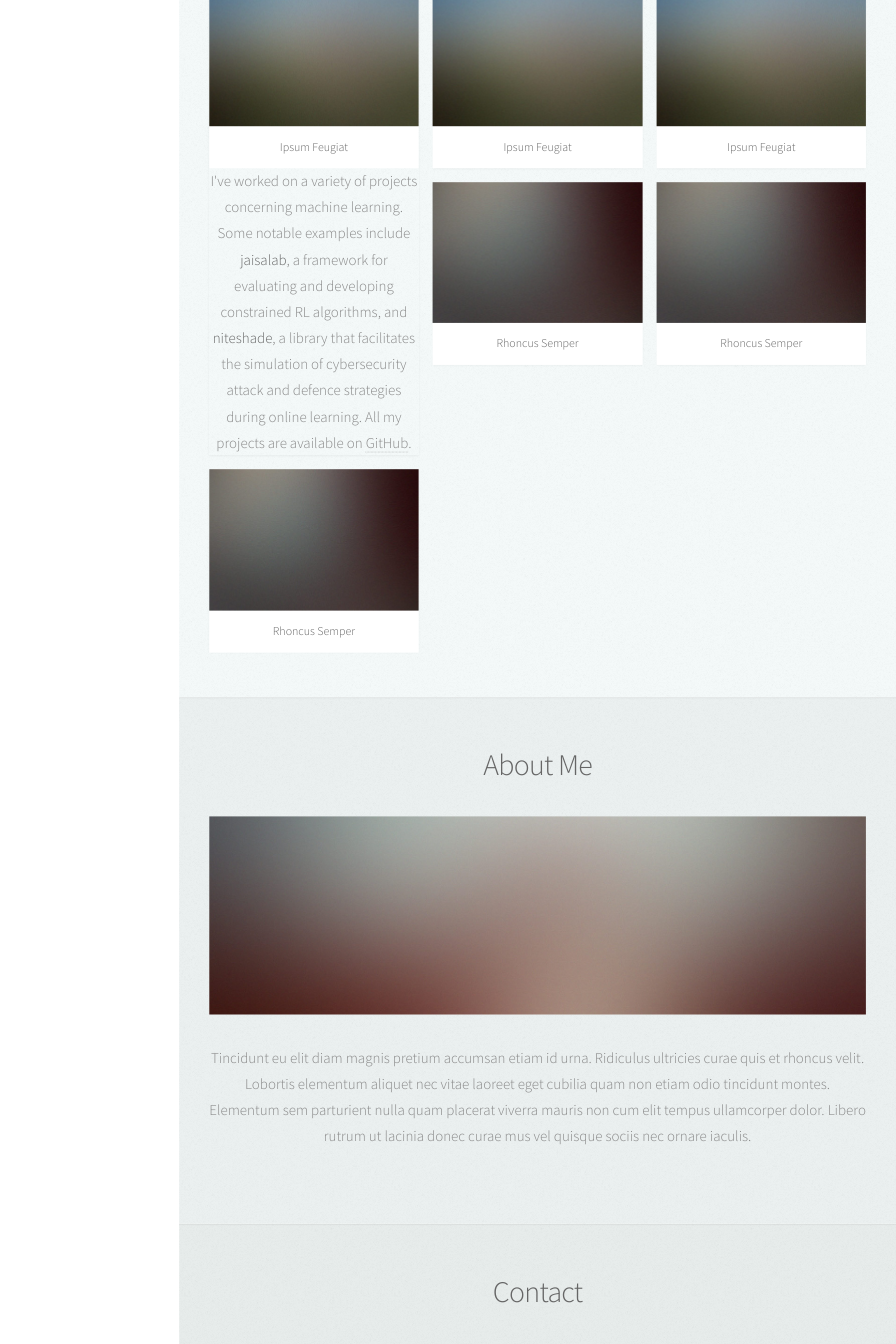
Repository: jaimesabalimperial/jaimesabalimperial.github.io
Page: index.html
An editor plug-in stored every save of this project. The page is shown before and after the next save, followed by the edit.
The browser window is 1280 px wide. The pictures show the part of the page from y = 936 to 2856 px (the page is 3699 px tall before and 3325 px after), at 70% of full size.

Above is the page before, as saved 2022-10-04 13:55:55.

After the next save:
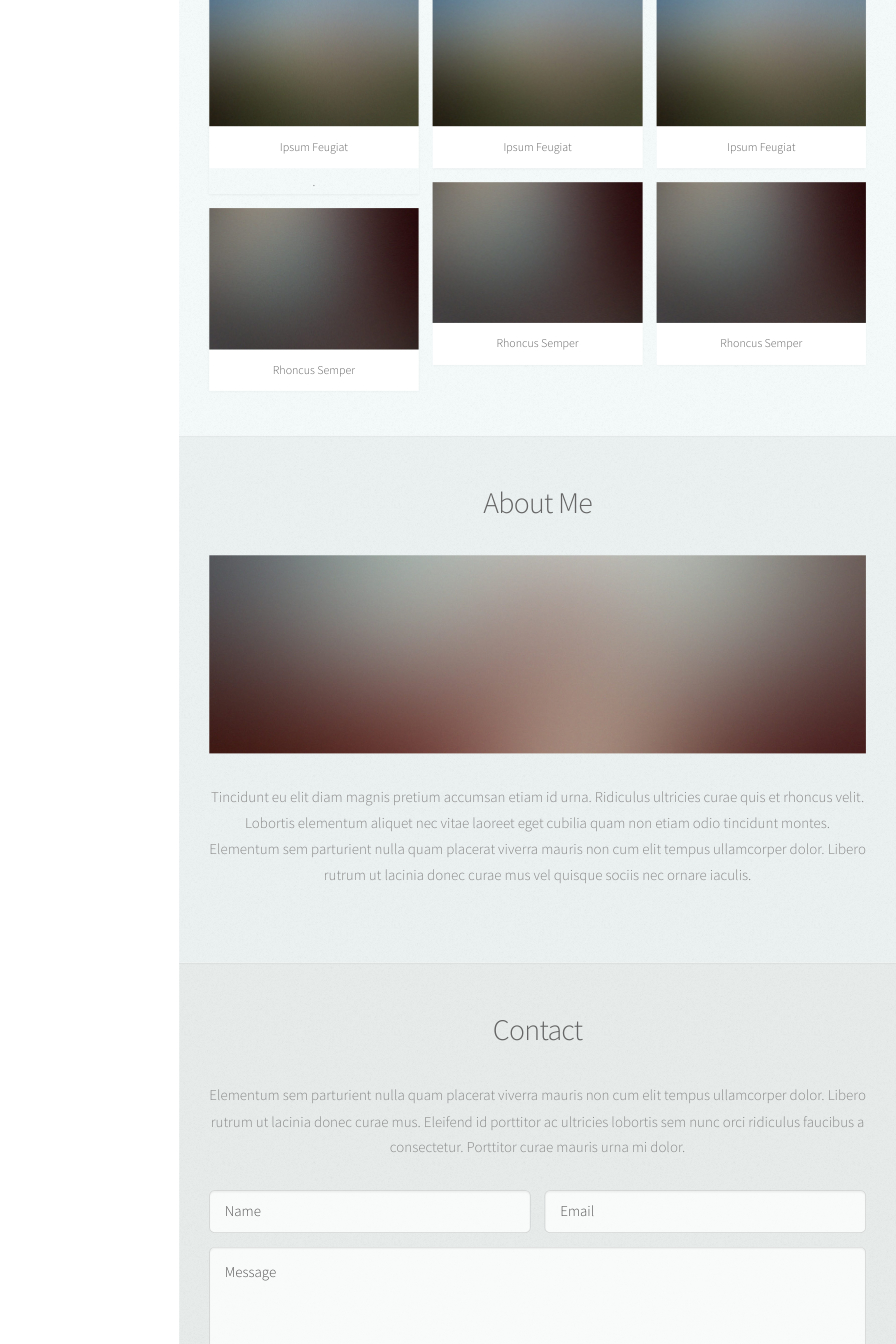
Saved 18 s later.
--- a/index.html
+++ b/index.html
@@ -94,11 +94,7 @@
 										<header>
 											<h3>Ipsum Feugiat</h3>
 										</header>
-										<p>I've worked on a variety of projects concerning machine learning. Some notable
-											examples include <strong>jaisalab</strong>, a framework for evaluating and developing
-											constrained RL algorithms, and <strong>niteshade</strong>, a library that facilitates
-											the simulation of cybersecurity attack and defence strategies during online learning.
-											All my projects are available on <a href="https://github.com/jaimesabalimperial">GitHub</a>.</p>
+										<p>.</p>
 									</article>
 									<article class="item">
 										<a href="#" class="image fit"><img src="images/pic03.jpg" alt="" /></a>
